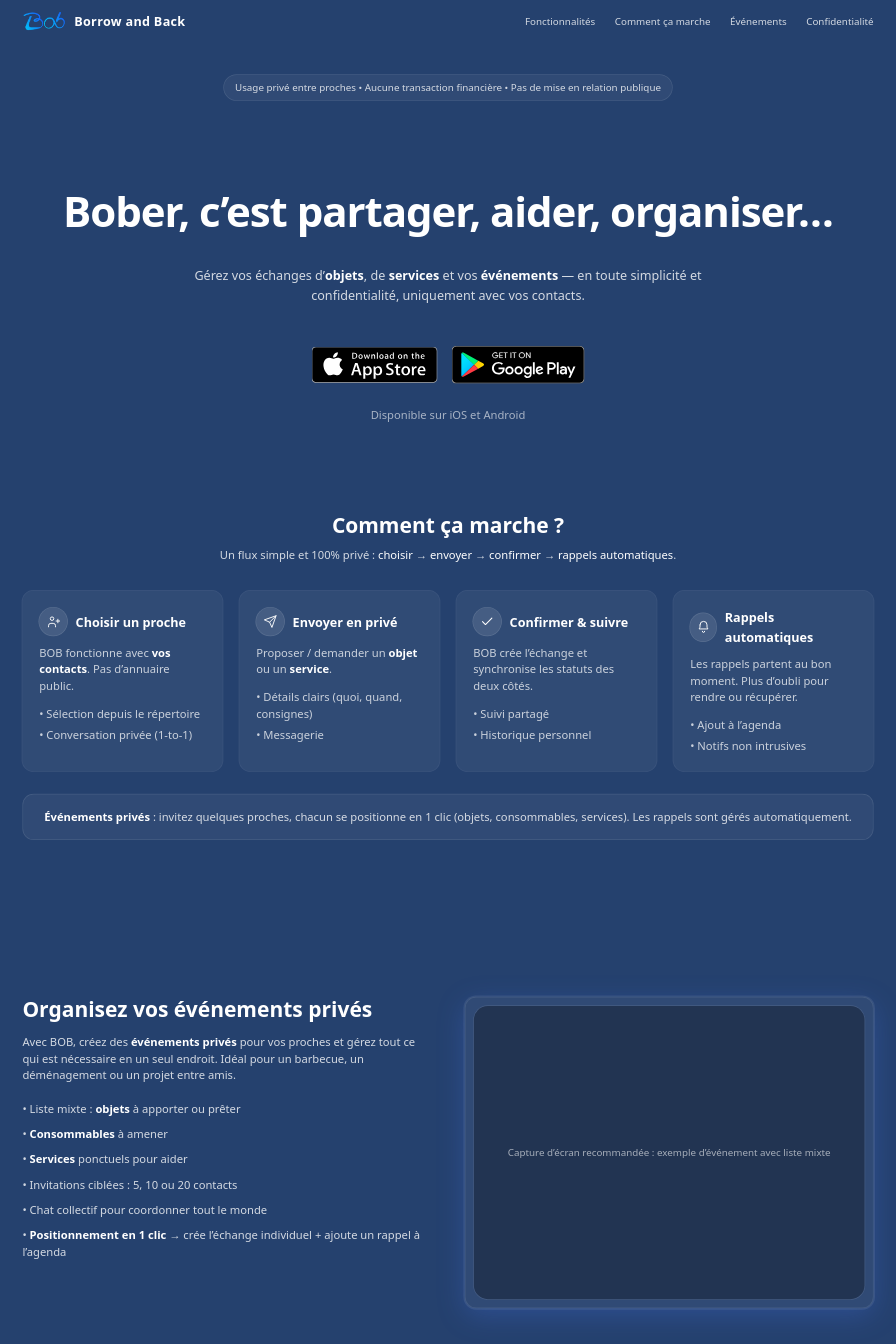
Repository: JeanCharlesMEILLAND/new-bob
Page: /
The author's editor kept a copy of each file at every save. The page is drawn from the files as they stood at one save, then again after the next save.
The browser window is 1280 px wide. The pictures show the part of the page from y = 0 to 1920 px (the page is 3266 px tall before and 3274 px after), at 70% of full size.
The page's requests for data from a server got no answer. The project was rebuilt for these pictures with package versions that can differ from the ones it lists, and the page was loaded fresh each time. The framework's server and built-in components were replaced by stand-ins that run in the browser. No one was signed in, and anything a server would have sent is missing. Also part of the build but not shown: next.config.ts.

Above is the page before, as saved 2025-08-12 15:57:06.

### src/app/layout.tsx
import type { Metadata } from 'next'
import './globals.css'
import { inter, jakarta } from './fonts'
import Navbar from '@/components/Navbar'
import Footer from '@/components/Footer'
import Analytics from '@/components/Analytics'

const name = process.env.NEXT_PUBLIC_SITE_NAME || 'BOB'
const baseUrl = process.env.NEXT_PUBLIC_SITE_URL || 'https://new-bob.vercel.app'

export const metadata: Metadata = {
  metadataBase: new URL(baseUrl),
  title: `${name} — Échanges privés entre proches`,
  description:
    `${name} vous aide à prêter, emprunter et organiser des événements en privé avec vos contacts. ` +
    `Aucune transaction financière. Aucune mise en relation publique.`,
  alternates: { canonical: '/' },
  openGraph: {
    title: `${name} — Échanges privés entre proches`,
    description:
      `Gérez vos prêts d’objets, coups de main et événements avec vos proches — simplement et en toute confidentialité. ` +
      `Pas de paiements, pas d’annuaire public.`,
    url: baseUrl,
    siteName: name,
    images: [
      // Généré par app/opengraph-image.tsx (ci-dessous) + fallback static
      { url: '/api/og', width: 1200, height: 630, alt: `${name} — Aperçu` },
      { url: '/og.png', width: 1200, height: 630, alt: `${name} — Aperçu (fallback)` },
    ],
    locale: 'fr_FR',
    type: 'website',
  },
  twitter: {
    card: 'summary_large_image',
    title: `${name} — Échanges privés entre proches`,
    description: `Prêts d’objets & services entre contacts. Aucune transaction financière.`,
    images: ['/api/og', '/og.png'],
    site: '@', // ton handle si tu en as un
    creator: '@', // idem
  },
  robots: { index: true, follow: true },
}

export default function RootLayout({ children }: { children: React.ReactNode }) {
  return (
    <html lang="fr" className={`${inter.variable} ${jakarta.variable}`}>
      <body className="min-h-screen bg-[--bg] text-[--fg] antialiased">
        <Navbar />
        <main>{children}</main>
        <Footer />
        <Analytics />
      </body>
    </html>
  )
}

### src/app/page.tsx
import Hero from '@/components/sections/Hero'
import Features from '@/components/sections/Features'
import HowItWorks from '@/components/sections/HowItWorks'
import Testimonials from '@/components/sections/Testimonials'
import Events from '@/components/sections/Events'

export default function Page() {
  return (
    <>
      <Hero />
      <HowItWorks />
      <Events />
      <Features />
      <Testimonials />
    </>
  )
}

### src/app/globals.css
@import "tailwindcss";

:root {
  --bg: #25416E;
  --fg: #ffffff;
}

html, body {
  scroll-behavior: smooth;
  background: var(--bg);
  color: var(--fg);
}

/* === Tokens Tailwind v4 pour tes classes custom === */
@theme {
  /* Colors */
  --color-ink: #0f172a;
  --color-brand-50:  #f3f7ff;
  --color-brand-100: #e8efff;
  --color-brand-200: #cfe0ff;
  --color-brand-300: #a6c2ff;
  --color-brand-400: #7ba1ff;
  --color-brand-500: #4b7bff;
  --color-brand-600: #2f5df3;
  --color-brand-700: #2549c6;
  --color-brand-800: #1f3ca0;
  --color-brand-900: #0F55C5;

  /* Radius */
  --radius-xl2: 1.25rem; /* => rounded-xl2 */

  /* Shadows */
  --shadow-glow: 0 0 0 2px rgba(255,255,255,0.08),
                 0 10px 40px rgba(75,123,255,0.25); /* => shadow-glow */
}
.container-gutter {
  @apply mx-auto max-w-7xl px-6 md:px-8;
}

.section {
  @apply py-20 md:py-28;
}

.card {
  @apply rounded-2xl bg-white/5 ring-1 ring-white/10 backdrop-blur;
}

.gradient-text {
  background: linear-gradient(90deg, #0F55C5 0%, #22c55e 100%);
  -webkit-background-clip: text;
  -webkit-text-fill-color: transparent;
  background-clip: text;
  color: transparent;
}

.bg-grid {
  background-image: linear-gradient(to right, rgba(255,255,255,0.06) 1px, transparent 1px),
    linear-gradient(to bottom, rgba(255,255,255,0.06) 1px, transparent 1px);
  background-size: 24px 24px;
}

*:focus-visible {
  outline: 2px solid rgba(75,123,255,0.9);
  outline-offset: 2px;
}

### src/app/fonts.ts
import { Inter, Plus_Jakarta_Sans } from 'next/font/google'

export const inter = Inter({
  subsets: ['latin'],
  variable: '--font-inter',
  display: 'swap',
})

export const jakarta = Plus_Jakarta_Sans({
  subsets: ['latin'],
  variable: '--font-jakarta',
  display: 'swap',
})

### src/components/Navbar.tsx
'use client'

import { useState, useEffect } from 'react'
import Link from 'next/link'
import Image from 'next/image'
import Container from './ui/Container'
import { clsx } from 'clsx'

export default function Navbar() {
  const [scrolled, setScrolled] = useState(false)
  const [open, setOpen] = useState(false)
  const MENU_ID = 'mobile-nav'

  useEffect(() => {
    const onScroll = () => setScrolled(window.scrollY > 12)
    onScroll()
    window.addEventListener('scroll', onScroll)
    return () => window.removeEventListener('scroll', onScroll)
  }, [])

  // Ferme au resize et gère le scroll lock quand le menu est ouvert
  useEffect(() => {
    const close = () => setOpen(false)
    window.addEventListener('resize', close)
    return () => window.removeEventListener('resize', close)
  }, [])

  useEffect(() => {
    if (open) {
      const prev = document.body.style.overflow
      document.body.style.overflow = 'hidden'
      return () => {
        document.body.style.overflow = prev
      }
    }
  }, [open])

  return (
    <header
      className={clsx(
        'fixed inset-x-0 top-0 z-50 transition-all',
        scrolled ? 'bg-black/50 backdrop-blur ' : 'bg-transparent'
      )}
    >
      <Container className={clsx('flex items-center justify-between', scrolled ? 'py-3' : 'py-4')}>
        {/* Logo + texte */}
        <Link href="/" aria-label="Accueil" className="flex items-center gap-3">
          <Image
            src="/bob1.png"
            alt="Logo BOB"
            width={62}
            height={62}
            className=""
            priority
          />
        <div className="flex flex-col leading-tight">
            <span className="text-lg font-bold text-white tracking-wide">Borrow and Back</span>
          </div>
        </Link>

        {/* Nav desktop */}
        <nav aria-label="Navigation principale" className="hidden md:flex items-center gap-7 text-sm text-white/80">
          <a href="#features" className="hover:text-white">Fonctionnalités</a>
          <a href="#how" className="hover:text-white">Comment ça marche</a>
          <a href="#events" className="hover:text-white">Événements</a>
          <a href="#privacy" className="hover:text-white">Confidentialité</a>
        </nav>

        {/* Bouton menu mobile */}
        <button
          type="button"
          className="md:hidden inline-flex items-center justify-center rounded-xl2 px-3 py-2 ring-1 ring-white/10 bg-white/5 text-white/90"
          aria-label={open ? 'Fermer le menu' : 'Ouvrir le menu'}
          aria-controls={MENU_ID}
          aria-expanded={open}
          onClick={() => setOpen(v => !v)}
        >
          <span className="sr-only">Menu</span>
          <div className="space-y-1.5">
            <span className="block h-0.5 w-5 bg-white/90" />
            <span className="block h-0.5 w-5 bg-white/90" />
            <span className="block h-0.5 w-5 bg-white/90" />
          </div>
        </button>
      </Container>

      {/* Overlay + panneau mobile */}
      {/* Overlay sombre flouté pour lisibilité, sous la barre (z-40) */}
      <div
        className={clsx(
          'md:hidden fixed inset-0 z-40 transition-opacity',
          open ? 'opacity-100 pointer-events-auto' : 'opacity-0 pointer-events-none'
        )}
        onClick={() => setOpen(false)}
        aria-hidden={!open}
      >
        <div className="absolute inset-0 bg-black/70 backdrop-blur-sm" />
      </div>

      {/* Panneau du menu (sous la navbar), fond opaque pour lecture */}
      <div
        id={MENU_ID}
        className={clsx(
          'md:hidden fixed inset-x-0 top-0 z-50 pt-20', // pt-20 pour laisser la navbar visible
          open ? 'pointer-events-auto' : 'pointer-events-none'
        )}
      >
        <div
          className={clsx(
            'mx-4 rounded-2xl bg-neutral-900/95 ring-1 ring-white/10 shadow-lg transition-[max-height] duration-300 ease-out overflow-hidden',
            open ? 'max-h-96' : 'max-h-0'
          )}
        >
          <nav aria-label="Navigation mobile" className="flex flex-col gap-1 p-2 text-sm text-white/90">
            <a href="#features" onClick={() => setOpen(false)} className="rounded-lg px-3 py-3 hover:bg-white/5">
              Fonctionnalités
            </a>
            <a href="#how" onClick={() => setOpen(false)} className="rounded-lg px-3 py-3 hover:bg-white/5">
              Comment ça marche
            </a>
            <a href="#events" onClick={() => setOpen(false)} className="rounded-lg px-3 py-3 hover:bg-white/5">
              Événements
            </a>
            <a href="#privacy" onClick={() => setOpen(false)} className="rounded-lg px-3 py-3 hover:bg-white/5">
              Confidentialité
            </a>
          </nav>
        </div>
      </div>
    </header>
  )
}

### src/components/Footer.tsx
import Container from './ui/Container'

export default function Footer() {
  return (
    <footer className="border-t border-white/10 py-10 text-sm">
      <Container className="flex flex-col md:flex-row items-center justify-between gap-6 text-white/60">
        <p>© {new Date().getFullYear()} Bob App — Tous droits réservés.</p>
        <div className="flex items-center gap-6">
          <a href="/legal/terms" className="hover:text-white/90">CGU</a>
          <a href="/legal/privacy" className="hover:text-white/90">Vie privée</a>
          <a href="mailto:hello@bobapp.fr" className="hover:text-white/90">Contact</a>
        </div>
      </Container>
    </footer>
  )
}

### src/components/Analytics.tsx
'use client'

import Script from 'next/script'

export default function Analytics() {
  const gaId = process.env.NEXT_PUBLIC_GA_ID
  if (!gaId) return null

  return (
    <>
      <Script
        src={`https://www.googletagmanager.com/gtag/js?id=${gaId}`}
        strategy="afterInteractive"
      />
      <Script id="ga" strategy="afterInteractive">
        {`
        window.dataLayer = window.dataLayer || [];
        function gtag(){dataLayer.push(arguments);}
        gtag('js', new Date());
        gtag('config', '${gaId}');
        `}
      </Script>
    </>
  )
}

### src/components/sections/Hero.tsx
// components/sections/Hero.tsx
import Image from 'next/image'
import Container from '@/components/ui/Container'

export default function Hero() {
  return (
    <section className="relative pt-28 pb-4"> {/* ↓ avant pt-48, donc badge + haut */}
      {/* Fonds décoratifs */}
      <div className="absolute inset-0 -z-10 bg-hero-radial bg-no-repeat opacity-70" />
      <div className="absolute inset-0 -z-20 bg-grid opacity-[0.25] [mask-image:radial-gradient(circle at center,black,transparent_70%)]" />

      <Container className="text-center  space-y-10">
        {/* Badge conformité */}
        <div className="-mt-6 inline-flex items-center gap-2 rounded-full border border-white/10 bg-white/5 px-4 py-2 text-sm text-white/80">
          Usage privé entre proches • Aucune transaction financière • Pas de mise en relation publique
        </div>

        {/* Titre principal */}
        <h1 className="mt-20 text-5xl font-extrabold tracking-tight sm:text-6xl leading-tight">
          <span className="">Bober</span>, c’est partager, aider, organiser…
        </h1>

        {/* Sous-titre */}
        <p className="mx-auto max-w-3xl text-lg text-white/80 leading-relaxed">
          Gérez vos échanges d’<strong className="text-white">objets</strong>, de{' '}
          <strong className="text-white">services</strong> et vos{' '}
          <strong className="text-white">événements</strong>  — en toute simplicité et confidentialité,
          uniquement avec vos contacts.
        </p>

        {/* Badges stores */}
        <div id="download" className="flex flex-wrap items-center justify-center gap-5 pt-4">
          <a
            href="https://apps.apple.com/app/idXXXXXXXXX"
            aria-label="Télécharger BOB sur l’App Store"
            className="inline-flex"
            target="_blank" rel="noopener noreferrer"
          >
            <Image src="/app-badges/appstore.svg" alt="Disponible sur l’App Store" width={180} height={54} priority />
          </a>
          <a
            href="https://play.google.com/store/apps/details?id=com.bobapp"
            aria-label="Télécharger BOB sur Google Play"
            className="inline-flex"
            target="_blank" rel="noopener noreferrer"
          >
            <Image src="/app-badges/playstore.svg" alt="Disponible sur Google Play" width={190} height={54} priority />
          </a>
        </div>

        {/* Légende rapprochée */}
        <p className="text-base text-white/60 -mt-2">Disponible sur iOS et Android</p>

      </Container>
    </section>
  )
}

### src/components/sections/Features.tsx
// components/sections/Features.tsx
import Container from '@/components/ui/Container'

/** Icônes minimalistes (stroke = currentColor) */
const IconShield = () => (
  <svg width="20" height="20" viewBox="0 0 24 24" fill="none" aria-hidden>
    <path d="M12 3 4.5 6v6.5c0 4.2 3.3 7.6 7.5 8.5 4.2-.9 7.5-4.3 7.5-8.5V6L12 3Z" stroke="currentColor" strokeWidth="1.6" />
    <path d="M9 12l2 2 4-4" stroke="currentColor" strokeWidth="1.8" strokeLinecap="round" strokeLinejoin="round"/>
  </svg>
)
const IconPeople = () => (
  <svg width="20" height="20" viewBox="0 0 24 24" fill="none" aria-hidden>
    <circle cx="8" cy="8" r="3" stroke="currentColor" strokeWidth="1.6" />
    <path d="M14 11a3 3 0 1 0 0-6" stroke="currentColor" strokeWidth="1.6" />
    <path d="M2 20a6 6 0 0 1 12 0" stroke="currentColor" strokeWidth="1.6" />
    <path d="M14 20a6 6 0 0 1 8 0" stroke="currentColor" strokeWidth="1.6" />
  </svg>
)
const IconBoxTool = () => (
  <svg width="20" height="20" viewBox="0 0 24 24" fill="none" aria-hidden>
    <path d="M3 7l9 4 9-4M3 7l9-4 9 4M3 7v10l9 4 9-4V7" stroke="currentColor" strokeWidth="1.6" strokeLinejoin="round"/>
  </svg>
)
const IconCalendarBell = () => (
  <svg width="20" height="20" viewBox="0 0 24 24" fill="none" aria-hidden>
    <rect x="3" y="4" width="18" height="16" rx="2" stroke="currentColor" strokeWidth="1.6"/>
    <path d="M3 8h18" stroke="currentColor" strokeWidth="1.6"/>
    <path d="M9 15a3 3 0 0 1 6 0v1l1 2H8l1-2v-1" stroke="currentColor" strokeWidth="1.6" strokeLinecap="round"/>
  </svg>
)
const IconChat = () => (
  <svg width="20" height="20" viewBox="0 0 24 24" fill="none" aria-hidden>
    <path d="M21 12a7 7 0 0 1-7 7H7l-4 3V12a7 7 0 0 1 7-7h4a7 7 0 0 1 7 7Z" stroke="currentColor" strokeWidth="1.6" strokeLinejoin="round"/>
    <path d="M8.5 11h7M8.5 14h4" stroke="currentColor" strokeWidth="1.6" strokeLinecap="round"/>
  </svg>
)
const IconListEvent = () => (
  <svg width="20" height="20" viewBox="0 0 24 24" fill="none" aria-hidden>
    <rect x="4" y="5" width="16" height="15" rx="2" stroke="currentColor" strokeWidth="1.6"/>
    <path d="M4 9h16M8 3v4M16 3v4" stroke="currentColor" strokeWidth="1.6" strokeLinecap="round"/>
    <path d="M8 12h6" stroke="currentColor" strokeWidth="1.6" strokeLinecap="round"/>
    <circle cx="17" cy="15" r="1.5" stroke="currentColor" strokeWidth="1.6"/>
  </svg>
)

const FEATURES = [
  {
    title: 'Entre proches uniquement',
    desc: 'Fonctionne avec vos contacts du téléphone. Pas d’annuaire public, pas d’inconnus.',
    icon: <IconPeople />,
  },
  {
    title: 'Objets & services, simplement',
    desc: 'Proposer / demander en privé : un geste, un “OK”, et c’est suivi.',
    icon: <IconBoxTool />,
  },
  {
    title: 'Événements privés',
    desc: 'Invitez un petit groupe. Liste mixte (objets, consommables, services) et positionnement en 1 clic.',
    icon: <IconListEvent />,
  },
  {
    title: 'Rappels & agenda',
    desc: 'Rappels automatiques des deux côtés et ajout à l’agenda pour éviter les oublis.',
    icon: <IconCalendarBell />,
  },
  {
    title: 'Messagerie intégrée',
    desc: '1-to-1 pour les échanges, chat d’événement pour coordonner rapidement.',
    icon: <IconChat />,
  },
  {
    title: 'Confidentialité par design',
    desc: 'Aucune transaction financière. Aucune mise en relation publique. Historique personnel.',
    icon: <IconShield />,
  },
]

export default function Features() {
  return (
    <section id="features" className="section pb-12 md:pb-16">
      <Container>
        {/* En-tête */}
        <div className="text-center max-w-3xl mx-auto">
          <h2 className="text-3xl font-bold">Fonctionnalités clés</h2>
          <p className="mt-3 text-white/80">
            BOB structure les échanges privés entre proches — objets, services et événements.
          </p>
        </div>

        {/* Cartes */}
        <div className="mt-10 grid gap-6 sm:grid-cols-2 lg:grid-cols-3">
          {FEATURES.map((f) => (
            <article key={f.title} className="rounded-2xl bg-white/5 ring-1 ring-white/10 p-6 hover:shadow-glow transition-shadow">
              <div className="flex items-center gap-3">
                <div className="flex h-10 w-10 items-center justify-center rounded-full bg-white/10 ring-1 ring-white/20 text-white">
                  {f.icon}
                </div>
                <h3 className="text-lg font-semibold">{f.title}</h3>
              </div>
              <p className="mt-3 text-white/75">{f.desc}</p>
            </article>
          ))}
        </div>

        {/* Bandeau conformité (discret) */}
        <p className="mt-8 text-center text-sm text-white/60">
          Usage privé entre proches • Aucune transaction financière • Pas de mise en relation publique
        </p>
      </Container>
    </section>
  )
}

### src/components/sections/Testimonials.tsx
import Container from '../ui/Container'

const TESTIMONIALS = [
  {
    name: 'Sarah, présidente d’asso',
    text: 'On a évité l’achat de matériel en doublon. L’interface est simple et tout le monde s’y retrouve.',
  },
  {
    name: 'Karim, voisinage',
    text: 'On se prête outillage et jeux pour les enfants. Les rappels évitent les oublis.',
  },
  {
    name: 'Élodie, RH',
    text: 'Parfait pour animer un collectif interne sur plusieurs sites. Traçabilité légère mais suffisante.',
  },
]

export default function Testimonials() {
  return (
    <section id="testimonials" className="section pt-12 md:pt-16">
      <Container>
        <h2 className="text-3xl font-bold">Ils en parlent</h2>
        <div className="mt-8 grid gap-6 md:grid-cols-3">
          {TESTIMONIALS.map((t) => (
            <figure key={t.name} className="card p-6">
              <blockquote className="text-white/90">&ldquo;{t.text}&rdquo;</blockquote>
              <figcaption className="mt-4 text-white/60">— {t.name}</figcaption>
            </figure>
          ))}
        </div>
      </Container>
    </section>
  )
}

### src/components/sections/Events.tsx
// components/sections/Events.tsx
import Container from '@/components/ui/Container'
import Image from 'next/image'

export default function Events() {
  return (
    <section id="events" className="section">
      <Container>
        <div className="grid items-start gap-12 lg:grid-cols-2">
          {/* Texte explicatif */}
          <div>
            <h2 className="text-3xl font-bold">
              Organisez vos événements privés
            </h2>
            <p className="mt-4 text-white/80">
              Avec BOB, créez des <strong className="text-white">événements privés</strong> pour vos proches et gérez
              tout ce qui est nécessaire en un seul endroit. Idéal pour un barbecue, un déménagement ou un projet entre amis.
            </p>
            <ul className="mt-6 space-y-3 text-white/80">
              <li>• Liste mixte : <strong className="text-white">objets</strong> à apporter ou prêter</li>
              <li>• <strong className="text-white">Consommables</strong> à amener</li>
              <li>• <strong className="text-white">Services</strong> ponctuels pour aider</li>
              <li>• Invitations ciblées : 5, 10 ou 20 contacts</li>
              <li>• Chat collectif pour coordonner tout le monde</li>
              <li>• <strong className="text-white">Positionnement en 1 clic</strong> → crée l’échange individuel + ajoute un rappel à l’agenda</li>
            </ul>
          </div>

          {/* Visuel placeholder */}
          <div className="rounded-2xl border border-white/10 bg-white/5 p-3 shadow-glow">
            <div className="aspect-[4/3] w-full rounded-xl2 bg-black/30 ring-1 ring-white/10 flex items-center justify-center text-white/60">
              <span className="text-sm text-center px-4">
                Capture d’écran recommandée : exemple d’événement avec liste mixte
              </span>
            </div>
          </div>
        </div>
      </Container>
    </section>
  )
}

### src/components/ui/Container.tsx
import clsx from "clsx"

export default function Container({
  children,
  className
}: {
  children: React.ReactNode
  className?: string
}) {
  return <div className={clsx('container-gutter', className)}>{children}</div>
}

Loaded but not shown: src/components/sections/HowItWorks.tsx (126 lines, source omitted)

After the next save:
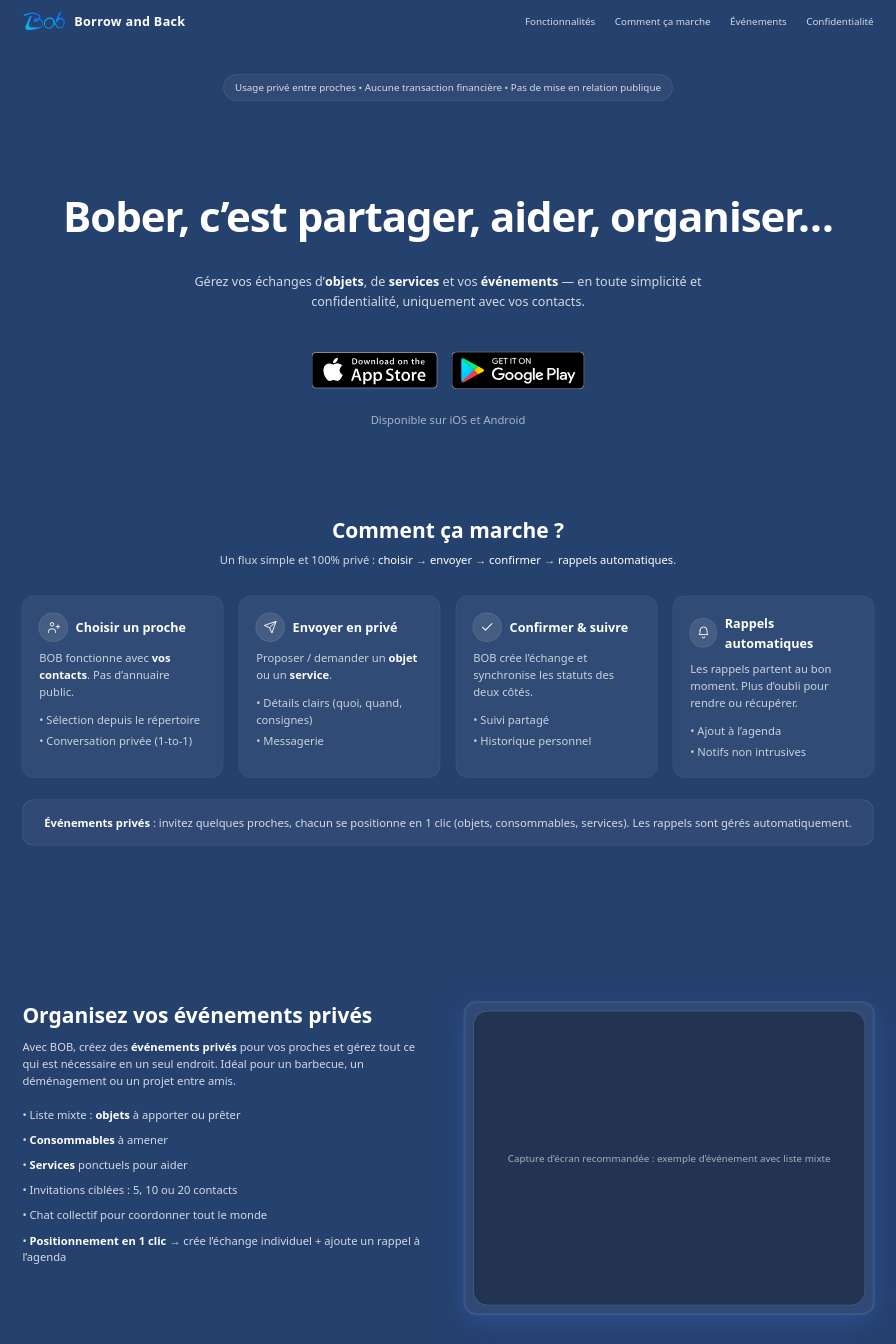
Saved 15 s later.
--- a/src/components/sections/Hero.tsx
+++ b/src/components/sections/Hero.tsx
@@ -16,7 +16,7 @@
         </div>
 
         {/* Titre principal */}
-        <h1 className="mt-20 text-5xl font-extrabold tracking-tight sm:text-6xl leading-tight">
+        <h1 className="mt-22 text-5xl font-extrabold tracking-tight sm:text-6xl leading-tight">
           <span className="">Bober</span>, c’est partager, aider, organiser…
         </h1>
 
